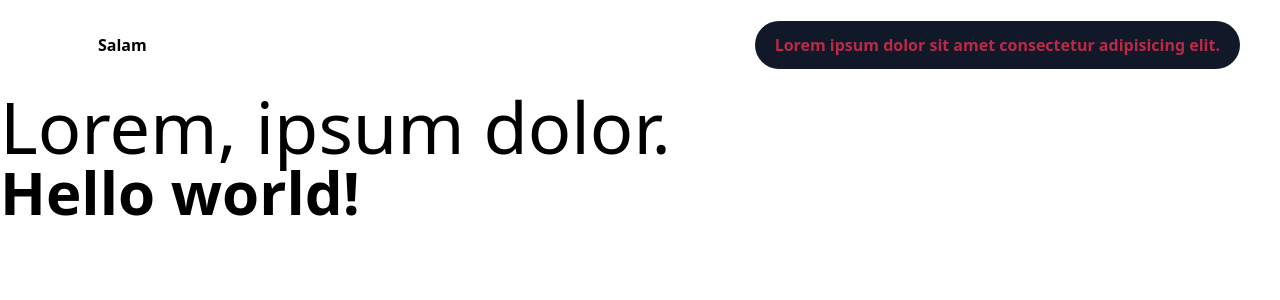
Repository: khaled-m1/Blog-Next.js
Page: /
These files come from the project's save history. The page is drawn as it stood at one moment and after a run of saves; the edit follows.
The browser window is 1280 px wide. The pictures show the whole page.
The project was rebuilt for these pictures with package versions that can differ from the ones it lists, and the page was loaded fresh each time. The framework's server and built-in components were replaced by stand-ins that run in the browser. Also part of the build but not shown: next.config.js.

Above is the page before, as saved 2023-01-15 23:41:16.

### app/layout.tsx
import "../styles/globals.css";

export default function RootLayout({
  children,
}: {
  children: React.ReactNode;
}) {
  return (
    <html>
      <body>{children}</body>
    </html>
  );
}

### app/(user)/layout.tsx
import { Bannar } from "../../components/Bannar";
import Header from "../../components/Header";
import "../../styles/globals.css";

export default function RootLayout({
  children,
}: {
  children: React.ReactNode;
}) {
  return (
    <html>
      <body>
        <Header />
        <Bannar />
        {children}
      </body>
    </html>
  );
}

### app/(user)/page.tsx
export default function HomePage() {
  return <h1 className="text-6xl  font-bold ">Hello world!</h1>;
}

### styles/globals.css
:root {
  --max-width: 1100px;
  --border-radius: 12px;
  --font-mono: ui-monospace, Menlo, Monaco, "Cascadia Mono", "Segoe UI Mono",
    "Roboto Mono", "Oxygen Mono", "Ubuntu Monospace", "Source Code Pro",
    "Fira Mono", "Droid Sans Mono", "Courier New", monospace;

  --foreground-rgb: 0, 0, 0;
  --background-start-rgb: 214, 219, 220;
  --background-end-rgb: 255, 255, 255;

  --primary-glow: conic-gradient(
    from 180deg at 50% 50%,
    #16abff33 0deg,
    #0885ff33 55deg,
    #54d6ff33 120deg,
    #0071ff33 160deg,
    transparent 360deg
  );
  --secondary-glow: radial-gradient(
    rgba(255, 255, 255, 1),
    rgba(255, 255, 255, 0)
  );

  --tile-start-rgb: 239, 245, 249;
  --tile-end-rgb: 228, 232, 233;
  --tile-border: conic-gradient(
    #00000080,
    #00000040,
    #00000030,
    #00000020,
    #00000010,
    #00000010,
    #00000080
  );

  --callout-rgb: 238, 240, 241;
  --callout-border-rgb: 172, 175, 176;
  --card-rgb: 180, 185, 188;
  --card-border-rgb: 131, 134, 135;
}

@media (prefers-color-scheme: dark) {
  :root {
    --foreground-rgb: 255, 255, 255;
    --background-start-rgb: 0, 0, 0;
    --background-end-rgb: 0, 0, 0;

    --primary-glow: radial-gradient(rgba(1, 65, 255, 0.4), rgba(1, 65, 255, 0));
    --secondary-glow: linear-gradient(
      to bottom right,
      rgba(1, 65, 255, 0),
      rgba(1, 65, 255, 0),
      rgba(1, 65, 255, 0.3)
    );

    --tile-start-rgb: 2, 13, 46;
    --tile-end-rgb: 2, 5, 19;
    --tile-border: conic-gradient(
      #ffffff80,
      #ffffff40,
      #ffffff30,
      #ffffff20,
      #ffffff10,
      #ffffff10,
      #ffffff80
    );

    --callout-rgb: 20, 20, 20;
    --callout-border-rgb: 108, 108, 108;
    --card-rgb: 100, 100, 100;
    --card-border-rgb: 200, 200, 200;
  }
}
* {
  box-sizing: border-box;
  padding: 0;
  margin: 0;
}

html,
body {
  max-width: 100vw;
  overflow-x: hidden;
}

/* body {
  color: rgb(var(--foreground-rgb));
  background: linear-gradient(
      to bottom,
      transparent,
      rgb(var(--background-end-rgb))
    )
    rgb(var(--background-start-rgb));
} */

a {
  color: inherit;
  text-decoration: none;
}

@media (prefers-color-scheme: dark) {
  html {
    color-scheme: dark;
  }
}

@tailwind base;
@tailwind components;
@tailwind utilities;

### components/Bannar.tsx
import React from "react";

export const Bannar = () => {
  return (
    <div>
      <div>
        <h1 className="text-7xl">Lorem, ipsum dolor.</h1>
      </div>
    </div>
  );
};

### components/Header.tsx
import Image from "next/image";
import Link from "next/link";
import Logo from "../img/LOGO2.png";
import {
  BoltIcon,
  DevicePhoneMobileIcon,
  GlobeAltIcon,
  ScaleIcon,
} from "@heroicons/react/24/outline";
const Header = () => {
  const features = [
    {
      name: "Competitive exchange rates",
      description:
        "Lorem ipsum, dolor sit amet consectetur adipisicing elit. Maiores impedit perferendis suscipit eaque, iste dolor cupiditate blanditiis ratione.",
      icon: GlobeAltIcon,
    },
    {
      name: "No hidden fees",
      description:
        "Lorem ipsum, dolor sit amet consectetur adipisicing elit. Maiores impedit perferendis suscipit eaque, iste dolor cupiditate blanditiis ratione.",
      icon: ScaleIcon,
    },
    {
      name: "Transfers are instant",
      description:
        "Lorem ipsum, dolor sit amet consectetur adipisicing elit. Maiores impedit perferendis suscipit eaque, iste dolor cupiditate blanditiis ratione.",
      icon: BoltIcon,
    },
    {
      name: "Mobile notifications",
      description:
        "Lorem ipsum, dolor sit amet consectetur adipisicing elit. Maiores impedit perferendis suscipit eaque, iste dolor cupiditate blanditiis ratione.",
      icon: DevicePhoneMobileIcon,
    },
  ];
  return (
    <div className="flex items-center justify-between space-x-2 font-bold px-10 py-5">
      <div className="flex items-center space-x-2">
        <Link href="/">
          <Image
            className="rounded-full"
            src={Logo}
            width={50}
            height={50}
            alt="logo"
          />
        </Link>
        <h1>Salam</h1>
      </div>
      {/* 2 */}
      <div>
      <Link href="/" className="px-5 py-3 text-sm md:text-base bg-gray-900 text-[#BA2948] flex items-center rounded-full text-center">
          Lorem ipsum dolor sit amet consectetur adipisicing elit.
        </Link>
      </div>
    </div>
  );
};

export default Header;

Loaded but not shown: tailwind.config.js (common file)

After the next 4 saves:
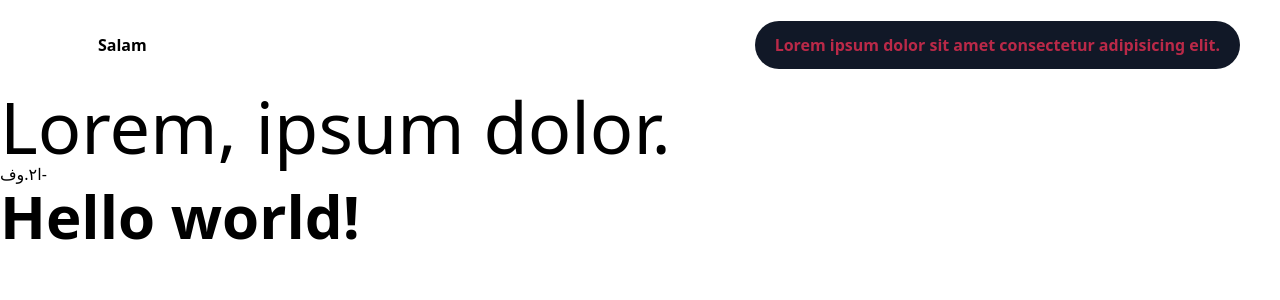
The 4 saves are shown as one change because they came seconds apart.
The last was saved 2 min 46 s later.
--- a/components/Bannar.tsx
+++ b/components/Bannar.tsx
@@ -5,6 +5,7 @@ export const Bannar = () => {
     <div>
       <div>
         <h1 className="text-7xl">Lorem, ipsum dolor.</h1>
+        ا٢.وف-
       </div>
     </div>
   );
